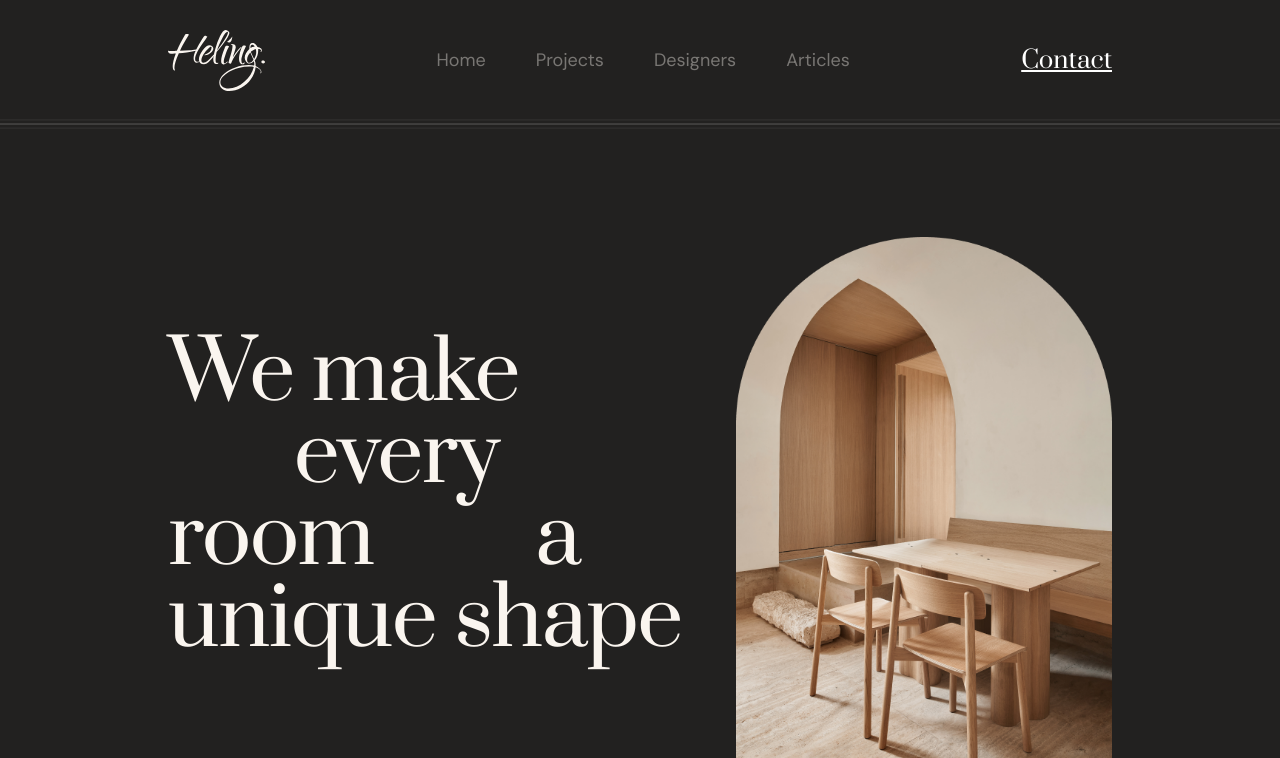
Repository: vandangnhathung/healingui_website
Page: /
An editor plug-in stored every save of this project. The page is shown before and after the next save, followed by the edit.
The browser window is 1280 px wide. The pictures show the whole page.
The project was rebuilt for these pictures with package versions that can differ from the ones it lists, and the page was loaded fresh each time. Also part of the build but not shown: src/App.css.

Above is the page before, as saved 2022-03-16 13:16:21.

### src/App.js
import "./App.css";
import Container from "./components/Container/Container";
import Header from "./components/Header/Header";
function App() {
  return (
    <div>
      <Header></Header>
      <Container></Container>
    </div>
  );
}

export default App;

### src/components/Container/Container.js
import React from "react";
import styled from "styled-components";
import Image1 from "../../Images/Image1.png";
const Container = () => {
  const StyledContainer = styled.div`
    background-color: #222120;
    @import url("https://fonts.googleapis.com/css2?family=DM+Sans:wght@400;500;700&display=swap");
    font-family: "DM Sans", sans-serif;
    @import url("https://fonts.googleapis.com/css2?family=Prata&display=swap");
  `;
  const Container = styled.div`
    padding: 108px 168px 0;
    display: flex;
    align-items: center;
    justify-content: space-between;
    gap: 0 32px;
  `;
  const Slogan = styled.h2`
    letter-spacing: -0.02em;
    font-size: 82px;
    line-height: 1;
    font-family: "Prata", serif;
    color: #faf5ef;
    max-width: 724px;
    font-weight: 400;
  `;
  const Image1Div = styled.img`
    width: auto;
    height: auto;
  `;
  return (
    <StyledContainer>
      <Container>
        <div>
          <Slogan>
            We make <span className="opacity-0">We</span>every room{" "}
            <span className="opacity-0">We </span> a unique shape
          </Slogan>
        </div>
        <div>
          <Image1Div src={Image1} alt="" />
        </div>
      </Container>
    </StyledContainer>
  );
};

export default Container;

### src/components/Header/Header.js
import React from "react";
import styled from "styled-components";
import headerLine from "../../Images/header-line.png";
const Header = () => {
  const StyledHeader = styled.div`
    background-color: #222120;
    @import url("https://fonts.googleapis.com/css2?family=DM+Sans:wght@400;500;700&display=swap");
    font-family: "DM Sans", sans-serif;
    @import url("https://fonts.googleapis.com/css2?family=Prata&display=swap");
  `;
  const Header = styled.div`
    display: flex;
    justify-content: space-between;
    align-items: center;
    padding: 30px 168px 28px;
  `;
  const ListNav = styled.ul`
    color: #faf5ef;
    opacity: 0.4;
    font-weight: 400;
    font-size: 18px;
    line-height: 0.6;
    display: flex;
    align-items: center;
    list-style: none;
    gap: 0 50px;
  `;
  const ItemNav = styled.li`
    cursor: pointer;
  `;
  const ContactDiv = styled.h3`
    font-family: "Prata", serif;
  `;
  return (
    <StyledHeader>
      <Header>
        <div>
          <svg
            width="97"
            height="61"
            viewBox="0 0 97 61"
            fill="none"
            xmlns="http://www.w3.org/2000/svg"
          >
            <path
              d="M0.241098 20.6943L1.38631 20.9951C5.56534 20.9951 8.05669 20.9349 8.86035 20.8146C11.1106 15.6009 13.8832 10.1667 17.1782 4.51183C17.4595 4.23109 18.1426 4.09073 19.2276 4.09073C20.3125 4.09073 20.855 4.35141 20.855 4.87278L17.9618 9.50493C15.5508 13.5957 13.5618 17.3254 11.9946 20.6943L21.9399 20.213C23.4267 20.1328 25.5162 19.8922 28.2085 19.4911C29.856 16.2827 31.6039 13.2147 33.4523 10.287C35.3008 7.3192 36.4661 5.8353 36.9483 5.8353C37.4305 5.8353 37.9327 5.95562 38.4551 6.19625C39.0177 6.39678 39.299 6.61736 39.299 6.85799C38.8569 7.45956 38.3547 8.14135 37.7921 8.90335C37.2697 9.66535 36.7272 10.4274 36.1647 11.1893C30.1372 19.2104 27.1235 25.1861 27.1235 29.1164C27.1235 30.9211 27.8468 31.8235 29.2934 31.8235L31.3427 31.5227C31.4633 31.5227 31.5236 31.5628 31.5236 31.643C31.5236 31.8435 31.1619 32.0641 30.4386 32.3047C29.7153 32.5855 29.1528 32.7258 28.7509 32.7258C27.8267 32.7258 27.0632 32.3248 26.4605 31.5227C25.8979 30.7206 25.6167 29.7179 25.6167 28.5148C25.6167 26.2288 26.2998 23.6621 27.666 20.8146C21.1563 22.3787 15.5508 23.1607 10.8494 23.1607C7.91605 29.6177 6.44937 34.4303 6.44937 37.5986C6.44937 38.5611 6.56992 39.263 6.81102 39.7041C7.05211 40.1453 7.17266 40.406 7.17266 40.4862C7.17266 40.5664 7.07221 40.6065 6.87129 40.6065C5.4247 40.6065 4.70141 39.1026 4.70141 36.0947C4.70141 33.0868 5.74617 28.8757 7.83568 23.4615C5.50507 23.622 3.87766 23.7022 2.95345 23.7022C0.984483 23.7022 0 22.7597 0 20.8748C0 20.7544 0.0803659 20.6943 0.241098 20.6943Z"
              fill="#FAF5EF"
            />
            <path
              d="M46.2833 24.1834C46.5244 24.1834 46.6449 24.2837 46.6449 24.4842C46.6449 24.6446 46.6047 24.8051 46.5244 24.9655C42.3052 31.1016 38.8092 34.1696 36.0366 34.1696C32.6211 34.1696 30.9133 32.5855 30.9133 29.4172C30.9133 26.9707 32.1188 24.003 34.5297 20.5138C36.9809 17.0247 39.3517 15.2801 41.6421 15.2801C42.6065 15.2801 43.4504 15.6009 44.1737 16.2426C44.9371 16.8442 45.3189 17.5861 45.3189 18.4684C45.3189 19.9924 44.3746 21.4964 42.486 22.9803C40.5974 24.4642 38.7691 25.2061 37.001 25.2061C36.6394 25.2061 36.4585 25.1259 36.4585 24.9655L36.6394 24.6647C41.2604 23.2209 43.5709 20.8547 43.5709 17.5661C43.5709 17.0848 43.4102 16.8442 43.0887 16.8442C42.6065 16.8442 41.8029 17.3054 40.6777 18.2278C38.7088 19.832 37.001 21.8373 35.5544 24.2436C34.1078 26.6499 33.3845 28.6752 33.3845 30.3195C33.3845 31.9638 34.0074 32.786 35.253 32.786C36.6594 32.786 38.2467 32.044 40.0147 30.5602C41.1398 29.5174 42.4458 28.1939 43.9326 26.5897C45.4595 24.9855 46.2431 24.1834 46.2833 24.1834Z"
              fill="#FAF5EF"
            />
            <path
              d="M49.0196 33.0868L49.984 32.786C50.1849 32.786 50.2854 32.8863 50.2854 33.0868C50.2854 33.7285 49.5822 34.0493 48.1758 34.0493C46.247 34.0493 45.2826 32.4451 45.2826 29.2367C45.2826 27.1111 45.9255 23.7423 47.2114 19.1302C48.4973 14.478 50.1247 10.1266 52.0936 6.07593C54.0626 2.02531 55.8307 0 57.3978 0C58.2818 0 59.1658 0.300787 60.0499 0.902364C60.9339 1.46384 61.3759 2.08547 61.3759 2.76726C61.3759 5.65483 57.1165 12.0717 48.5977 22.0177C47.9146 24.9855 47.573 27.5723 47.573 29.7781C47.573 31.9839 48.0552 33.0868 49.0196 33.0868ZM59.9293 2.58678C59.9293 2.10552 59.7887 1.86489 59.5074 1.86489C58.3019 1.86489 56.5539 4.01052 54.2635 8.30177C51.9731 12.5529 50.2251 16.6035 49.0196 20.4536C56.2928 10.9487 59.9293 4.9931 59.9293 2.58678Z"
              fill="#FAF5EF"
            />
            <path
              d="M64.165 6.73767C64.2454 6.73767 64.2856 6.83793 64.2856 7.03846L63.9842 8.78304C63.3814 11.2696 62.4572 12.5128 61.2116 12.5128C60.2873 12.5128 59.5641 12.2722 59.0417 11.7909C60.5686 10.7482 62.2764 9.06377 64.165 6.73767ZM61.0307 16.6035C59.7851 18.7291 58.5997 21.4362 57.4745 24.7248C56.3494 27.9734 55.7869 30.2193 55.7869 31.4625C55.7869 32.7058 56.048 33.3274 56.5704 33.3274C56.9321 33.3274 57.3942 33.1068 57.9567 32.6657C58.5193 32.2245 58.8609 31.9438 58.9814 31.8235C59.102 31.7032 59.2426 31.5828 59.4033 31.4625C59.5641 31.4625 59.6444 31.5427 59.6444 31.7032C59.6444 32.1844 59.0618 32.7459 57.8965 33.3876C56.7713 34.0694 55.9476 34.4103 55.4252 34.4103C53.8983 34.4103 53.1348 33.3074 53.1348 31.1016C53.1348 27.8129 54.3403 23.4214 56.7512 17.927C56.7512 17.7666 56.8517 17.4658 57.0526 17.0247C57.2937 16.5835 57.4745 16.3028 57.5951 16.1824C57.8764 15.9017 58.2581 15.7613 58.7403 15.7613C60.1467 15.7613 60.9102 16.0421 61.0307 16.6035Z"
              fill="#FAF5EF"
            />
            <path
              d="M78.0084 16.3629C78.0084 16.2025 77.9079 16.3028 77.707 16.6637C76.5819 18.7091 75.5773 21.1755 74.6933 24.0631C73.8092 26.9507 73.3672 28.8356 73.3672 29.7179C73.3672 32.1644 73.8092 33.3876 74.6933 33.3876C74.9745 33.3876 75.3362 33.187 75.7782 32.786C76.2604 32.425 76.4613 32.2446 76.381 32.2446C76.5015 32.2446 76.5618 32.405 76.5618 32.7258C76.5618 33.7686 75.959 34.2899 74.7535 34.2899C73.548 34.2899 72.6238 33.7485 71.9809 32.6657C71.338 31.6229 71.0165 30.119 71.0165 28.1538C71.0165 26.1887 71.5389 23.6019 72.5837 20.3935C73.6284 17.145 74.633 15.5207 75.5974 15.5207H75.8988C77.3052 15.5207 78.0084 15.8014 78.0084 16.3629ZM73.307 16.9645C73.3471 17.0046 73.3672 17.0848 73.3672 17.2051C73.3672 17.2853 73.2065 17.526 72.885 17.927C68.5453 23.1808 65.5315 27.6726 63.8439 31.4024L63.3014 32.9665C63.0603 33.4076 62.7589 33.6282 62.3973 33.6282C62.0356 33.6282 61.6338 33.5279 61.1918 33.3274C60.7498 33.1269 60.5288 32.8863 60.5288 32.6055C60.5288 31.9237 61.1918 29.5174 62.5178 25.3866C63.8439 21.2156 64.5069 18.0874 64.5069 16.002C64.5069 15.4405 64.3662 15.0996 64.085 14.9793C63.8037 14.859 63.5224 14.8189 63.2411 14.859C62.9598 14.859 62.8192 14.7587 62.8192 14.5582C62.8192 14.1972 63.1206 14.0168 63.7233 14.0168C66.4156 14.0168 67.7617 15.1197 67.7617 17.3254C67.7617 18.1676 66.7973 21.4362 64.8685 27.1312C66.6366 24.3639 68.3444 21.9776 69.9919 19.9724C71.6394 17.9671 72.7444 16.9645 73.307 16.9645Z"
              fill="#FAF5EF"
            />
            <path
              d="M86.7293 30.3797C87.3321 31.5026 87.6334 33.0066 87.6334 34.8915C87.6334 35.2926 87.6134 35.6736 87.5732 36.0345C89.2207 36.7163 90.5869 37.5986 91.6718 38.6815C92.797 39.7643 93.3595 40.787 93.3595 41.7495C93.3595 42.7521 93.1184 43.2534 92.6362 43.2534C92.5157 43.2534 92.4152 43.1331 92.3349 42.8925C92.6563 42.4513 92.817 42.0302 92.817 41.6292C92.817 40.787 92.2746 39.9448 91.1896 39.1026C90.1047 38.2604 88.9193 37.6387 87.6334 37.2377C87.1512 41.3685 85.6042 45.2587 82.9923 48.9083C80.4206 52.598 77.1658 55.5256 73.2278 57.6913C69.2899 59.8971 65.2515 61 61.1127 61C58.2999 61 55.9692 60.2179 54.1208 58.6538C52.2322 57.0897 51.2879 54.9241 51.2879 52.1568C51.2879 49.4296 52.835 46.6824 55.9291 43.9152C59.0232 41.188 62.8606 39.0223 67.4415 37.4181C71.9822 35.8139 76.4425 35.0118 80.8224 35.0118C82.8718 35.0118 84.6197 35.1923 86.0663 35.5533C86.227 35.072 86.3074 34.6308 86.3074 34.2298C86.3074 32.8662 86.1467 31.9037 85.8252 31.3422C84.2581 32.786 82.8316 33.5079 81.5457 33.5079C80.2599 33.5079 79.1347 32.8863 78.1704 31.643C77.206 30.3997 76.7238 29.0763 76.7238 27.6726C76.7238 24.8652 78.2708 21.9576 81.3649 18.9497C81.3649 16.6637 81.606 15.1197 82.0882 14.3176C82.6106 13.5154 83.5549 13.1144 84.9211 13.1144C86.3275 13.1144 87.8545 14.4379 89.502 17.0848C92.3951 17.6062 93.8417 18.669 93.8417 20.2732C93.8417 20.6341 93.7212 21.0151 93.4801 21.4162C93.2792 21.7771 93.0581 21.9576 92.817 21.9576C92.5759 21.9576 92.4554 21.8774 92.4554 21.717C92.8572 21.4362 93.0581 21.1154 93.0581 20.7544C93.0581 19.5513 92.0938 18.9497 90.165 18.9497C90.2052 19.2705 90.2253 19.6916 90.2253 20.213C90.2253 24.0631 89.0599 27.452 86.7293 30.3797ZM86.6691 16.784C86.1065 15.4605 85.2627 14.7988 84.1375 14.7988C83.0124 14.7988 82.4498 15.8817 82.4498 18.0473V18.1075C83.7759 17.2252 85.0216 16.784 86.1869 16.784H86.6691ZM88.2362 22.0177C88.2362 20.8948 88.0554 19.8922 87.6937 19.0099C87.0106 19.2505 86.0261 19.7117 84.7403 20.3935C83.4946 21.0352 82.8718 21.4964 82.8718 21.7771C82.8718 22.098 83.9366 24.4842 86.0663 28.9359C87.5129 26.8504 88.2362 24.5444 88.2362 22.0177ZM79.0745 29.6578C79.0745 31.7433 79.8781 32.786 81.4854 32.786C82.8918 32.786 84.2179 31.8034 85.4636 29.8383L82.3293 22.3787C81.4854 23.2209 80.722 24.3639 80.0389 25.8077C79.3959 27.2515 79.0745 28.5348 79.0745 29.6578ZM81.8471 36.5759C78.0297 36.5759 74.2726 37.0572 70.5758 38.0197C66.8789 39.0224 63.7246 40.2656 61.1127 41.7495C58.5008 43.2735 56.3912 44.9379 54.7838 46.7426C53.1765 48.5473 52.3729 50.3721 52.3729 52.217C52.3729 54.1019 53.0962 55.6058 54.5428 56.7288C55.9492 57.8918 57.9382 58.4734 60.5099 58.4734C66.0552 58.4734 71.3192 56.2676 76.3018 51.856C81.2443 47.4845 84.4188 42.4914 85.8252 36.8767C84.8608 36.6762 83.5348 36.5759 81.8471 36.5759Z"
              fill="#FAF5EF"
            />
            <path
              d="M95.1315 30.5C95.6137 30.5 96.0356 30.6604 96.3973 30.9813C96.7991 31.262 97 31.5828 97 31.9438C97 32.3448 96.7991 32.6857 96.3973 32.9665C96.0356 33.2472 95.674 33.3876 95.3123 33.3876C94.0265 33.3876 93.3835 32.8462 93.3835 31.7633C93.3835 30.9211 93.9662 30.5 95.1315 30.5Z"
              fill="#FAF5EF"
            />
          </svg>
        </div>
        <ListNav>
          <ItemNav>Home</ItemNav>
          <ItemNav>Projects</ItemNav>
          <ItemNav>Designers</ItemNav>
          <ItemNav>Articles</ItemNav>
        </ListNav>
        <ContactDiv className="text-2xl leading-7 text-white underline">
          Contact
        </ContactDiv>
      </Header>
      <img src={headerLine} alt="" />
    </StyledHeader>
  );
};

export default Header;

Loaded but not shown: public/index.html (common file); src/index.js (common file); src/index.css (common file); src/reportWebVitals.js (common file); tailwind.config.js (common file)

After the next save:
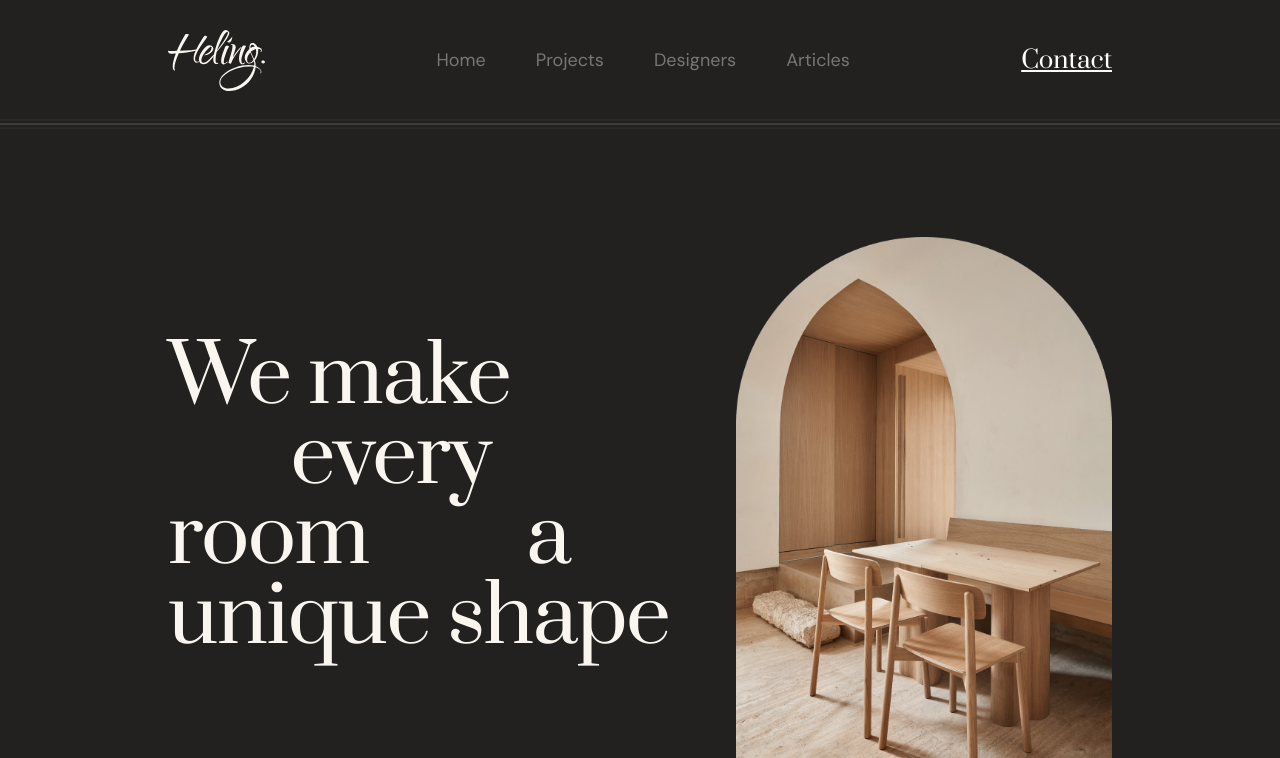
Saved 32 s later.
--- a/src/components/Container/Container.js
+++ b/src/components/Container/Container.js
@@ -17,7 +17,7 @@ const Container = () => {
   `;
   const Slogan = styled.h2`
     letter-spacing: -0.02em;
-    font-size: 82px;
+    font-size: 80px;
     line-height: 1;
     font-family: "Prata", serif;
     color: #faf5ef;
